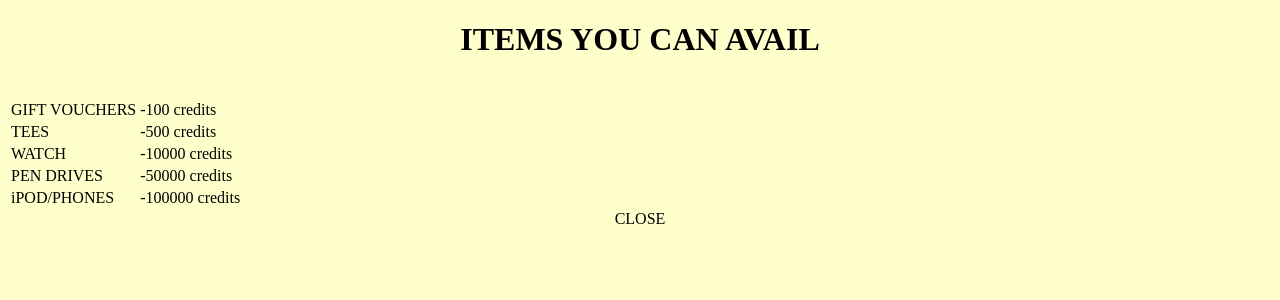
Repository: nicks707/LocoShack_TGMC-project
Page: ram/WebContent/goodieslist.html
An editor plug-in stored every save of this project. The page is shown before and after the next save, followed by the edit.
The browser window is 1280 px wide. The pictures show the whole page.

Above is the page before, as saved 2012-03-21 05:15:07.

After the next save:
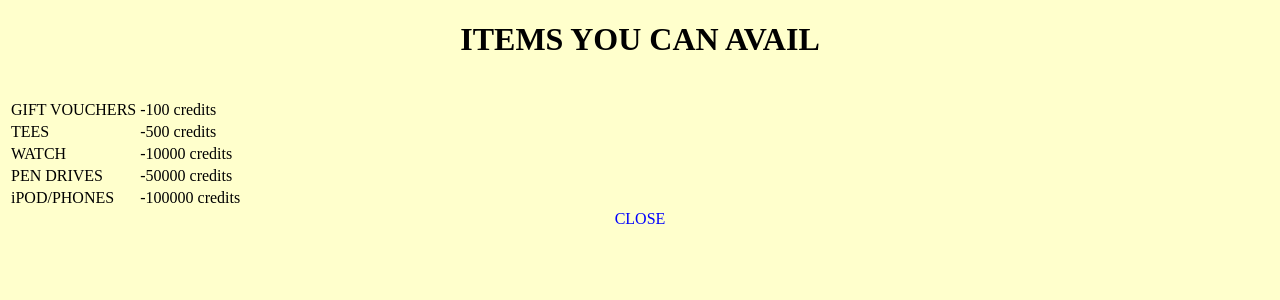
Saved 108 s later.
--- a/ram/WebContent/goodieslist.html
+++ b/ram/WebContent/goodieslist.html
@@ -15,6 +15,6 @@
 <tr><td>iPOD/PHONES     </td>  <td>       -100000 credits</td>
 </tr>
 </table>
-<center><a onclick="window.close()">CLOSE</a></center>
+<center><a onclick="window.close()"><font color="blue">CLOSE<font></font></a></center>
 </body>
 </html>
